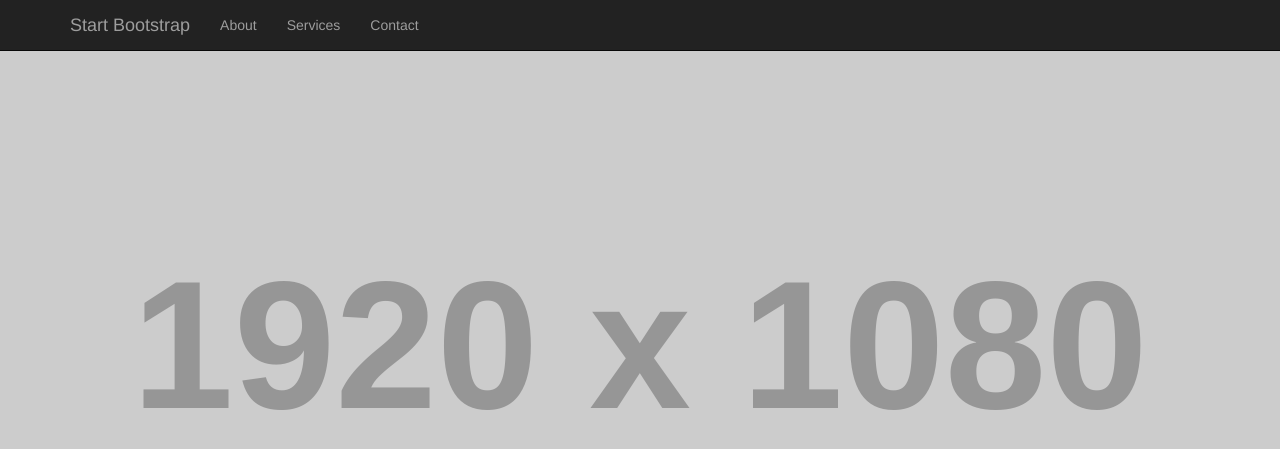
Repository: tuckerallard/September-1st-and-2nd
Page: weekfiveproject/src/main/webapp/index.html
The author's editor kept a copy of each file at every save. The page is drawn from the files as they stood at one save, then again after the next save.
The browser window is 1280 px wide. The pictures show the whole page.

Above is the page before, as saved 2016-09-01 17:14:49.

### weekfiveproject/src/main/webapp/index.html
<!DOCTYPE html>
<html class="full" lang="en">
<!-- Make sure the <html> tag is set to the .full CSS class. Change the background image in the full.css file. -->

<head>

    <meta charset="utf-8">
    <meta http-equiv="X-UA-Compatible" content="IE=edge">
    <meta name="viewport" content="width=device-width, initial-scale=1">
    <meta name="description" content="">
    <meta name="author" content="">

    <title>Full - Start Bootstrap Template</title>

    <!-- Bootstrap Core CSS -->
    <link href="css/bootstrap.min.css" rel="stylesheet">

    <!-- Custom CSS -->
    <link href="css/full.css" rel="stylesheet">

    <!-- HTML5 Shim and Respond.js IE8 support of HTML5 elements and media queries -->
    <!-- WARNING: Respond.js doesn't work if you view the page via file:// -->
    <!--[if lt IE 9]>
        <script src="https://oss.maxcdn.com/libs/html5shiv/3.7.0/html5shiv.js"></script>
        <script src="https://oss.maxcdn.com/libs/respond.js/1.4.2/respond.min.js"></script>
    <![endif]-->

</head>

<body>

    <!-- Navigation -->
    <nav class="navbar navbar-inverse navbar-fixed-top" role="navigation">
        <div class="container">
            <!-- Brand and toggle get grouped for better mobile display -->
            <div class="navbar-header">
                <button type="button" class="navbar-toggle" data-toggle="collapse" data-target="#bs-example-navbar-collapse-1">
                    <span class="sr-only">Toggle navigation</span>
                    <span class="icon-bar"></span>
                    <span class="icon-bar"></span>
                    <span class="icon-bar"></span>
                </button>
                <a class="navbar-brand" href="#">Start Bootstrap</a>
            </div>
            <!-- Collect the nav links, forms, and other content for toggling -->
            <div class="collapse navbar-collapse" id="bs-example-navbar-collapse-1">
                <ul class="nav navbar-nav">
                    <li>
                        <a href="#">About</a>
                    </li>
                    <li>
                        <a href="#">Services</a>
                    </li>
                    <li>
                        <a href="#">Contact</a>
                    </li>
                </ul>
            </div>
            <!-- /.navbar-collapse -->
        </div>
        <!-- /.container -->
    </nav>

    <!-- Put your page content here! -->

    <!-- jQuery -->
    <script src="js/jquery.js"></script>

    <!-- Bootstrap Core JavaScript -->
    <script src="js/bootstrap.min.js"></script>

</body>

</html>

### weekfiveproject/src/main/webapp/css/full.css
/*
 * Start Bootstrap - Full (http://startbootstrap.com/)
 * Copyright 2013-2016 Start Bootstrap
 * Licensed under MIT (https://github.com/BlackrockDigital/startbootstrap/blob/gh-pages/LICENSE)
 */

body {
    margin-top: 50px; /* Required margin for .navbar-fixed-top. Remove if using .navbar-static-top. Change if height of navigation changes. */
}

/* Header Image Background - Change the URL below to your image path (example: ../images/background.jpg) */

.full {
    background: url('http://placehold.it/1920x1080') no-repeat center center fixed;
    -webkit-background-size: cover;
    -moz-background-size: cover;
    background-size: cover;
    -o-background-size: cover;
}

Loaded but not shown: weekfiveproject/src/main/webapp/css/bootstrap.min.css (library); weekfiveproject/src/main/webapp/js/jquery.js (library); weekfiveproject/src/main/webapp/js/bootstrap.min.js (library)

After the next save:
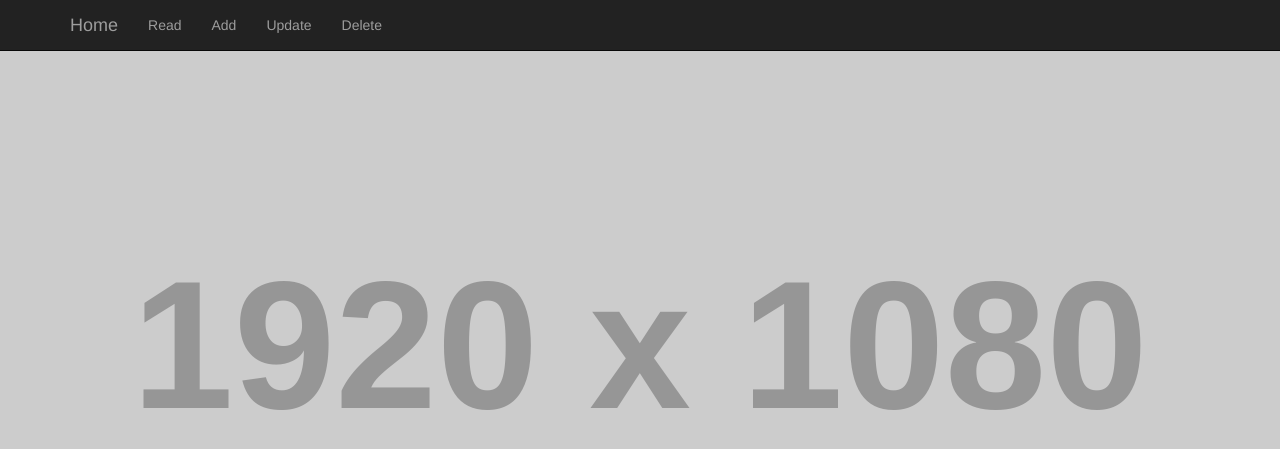
Saved 8 min 43 s later.
--- a/weekfiveproject/src/main/webapp/index.html
+++ b/weekfiveproject/src/main/webapp/index.html
@@ -10,7 +10,7 @@
     <meta name="description" content="">
     <meta name="author" content="">
 
-    <title>Full - Start Bootstrap Template</title>
+    <title>Our Bakery</title>
 
     <!-- Bootstrap Core CSS -->
     <link href="css/bootstrap.min.css" rel="stylesheet">
@@ -40,19 +40,22 @@
                     <span class="icon-bar"></span>
                     <span class="icon-bar"></span>
                 </button>
-                <a class="navbar-brand" href="#">Start Bootstrap</a>
+                <a class="navbar-brand" href="#">Home</a>
             </div>
             <!-- Collect the nav links, forms, and other content for toggling -->
             <div class="collapse navbar-collapse" id="bs-example-navbar-collapse-1">
                 <ul class="nav navbar-nav">
                     <li>
-                        <a href="#">About</a>
+                        <a href="#">Read</a>
                     </li>
                     <li>
-                        <a href="#">Services</a>
+                        <a href="#">Add</a>
                     </li>
                     <li>
-                        <a href="#">Contact</a>
+                        <a href="#">Update</a>
+                    </li>
+                    <li>
+                        <a href="#">Delete</a>
                     </li>
                 </ul>
             </div>
